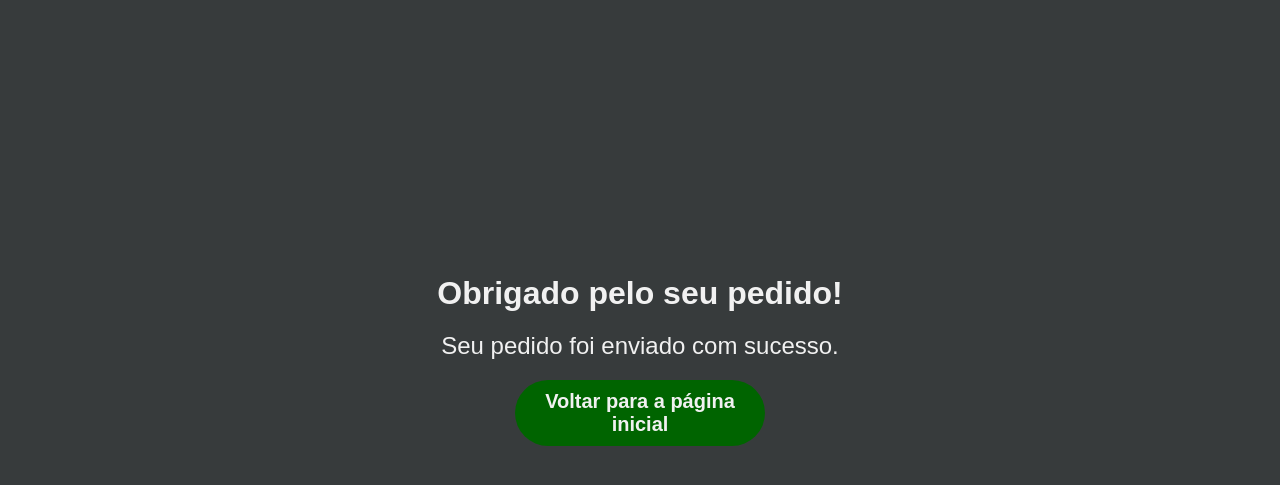
Repository: Marinalr-25/Projeto-Aparelhos-de-Academia
Page: thanks.html
The author's editor kept a copy of each file at every save. The page is drawn from the files as they stood at one save, then again after the next save.
The browser window is 1280 px wide. The pictures show the whole page.

Above is the page before, as saved 2025-01-14 14:18:08.

After the next save:
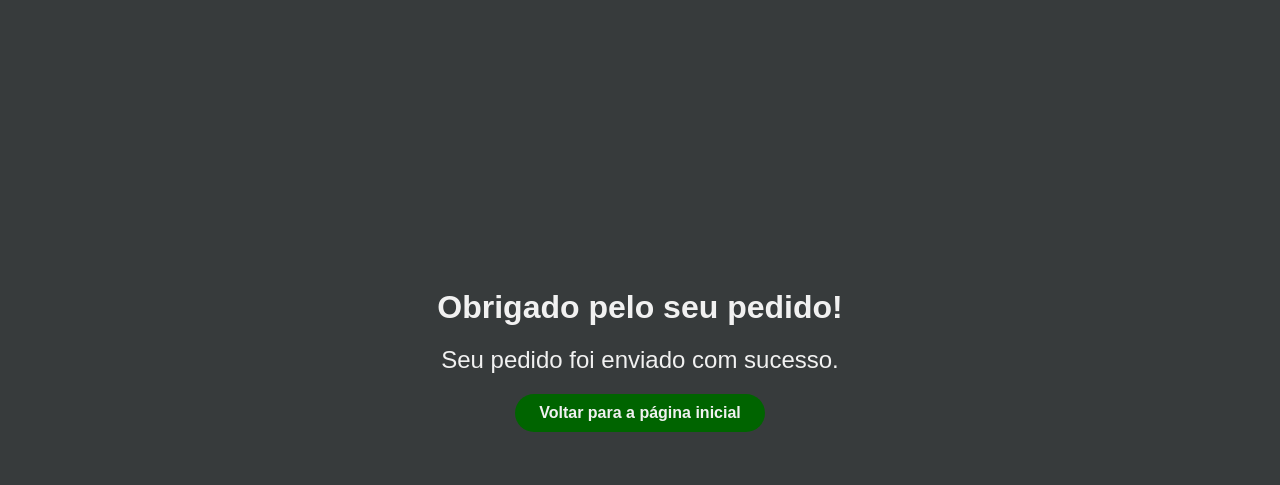
Saved 4 s later.
--- a/css/thanks.css
+++ b/css/thanks.css
@@ -32,7 +32,7 @@ body {
   border: none;
   padding: 1rem 2rem;
   border-radius: 5rem;
-  font-size: 2rem;
+  font-size: 1.6rem;
   font-weight: 600;
   background-color: var(--cor-fundo);
   color: var(--clara);
